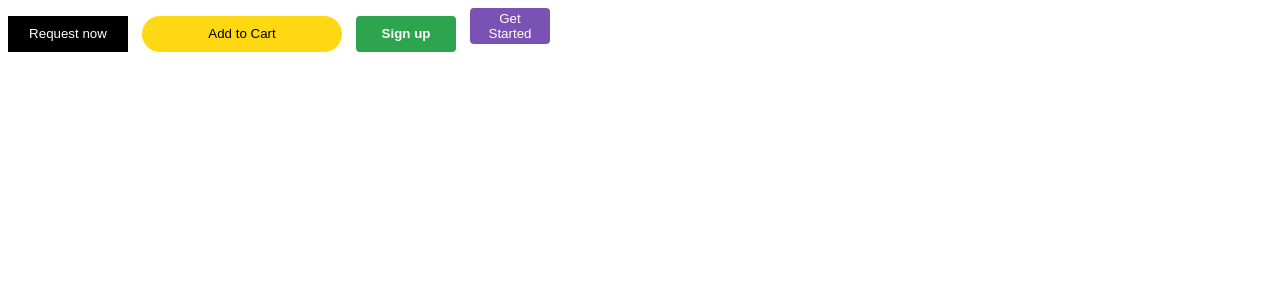
Repository: Kurumilli/Youtube
Page: Exercise2.html
The author's editor kept a copy of each file at every save. The page is drawn from the files as they stood at one save, then again after the next save.
The browser window is 1280 px wide. The pictures show the whole page.

Above is the page before, as saved 2025-01-23 20:39:18.

### Exercise2.html
<html>
    <body>
        <style>
            .uber{
                background-color: black;
                color: white;
                height:36px;
                border: none;
                width: 120px;
                margin-right: 10px;
            }

            .amazon{
                background-color: rgb(255,216,20);
                height: 36px;
                width: 200px;
                border-radius: 18px;
                border: none;
                margin-right: 10px;
            }

            .Github{
                background-color: rgb(46,164,79);
                color: White;
                border: none;
                height: 36px;
                width: 100px;
                border-radius: 4px;
                font-weight: bold;
                margin-right: 10px;
            }

            .bootstrap{
                background-color: rgb(121,82,179);
                color: white;
                height: 36px;
                width: 80px;
                border: none;
                border-radius: 4px;
            }
        </style>

        <button class="uber">
                Request now
        </button>

        <button class="amazon">
            Add to Cart
        </button>

        <button class="Github">
            Sign up
        </button>

        <button class="bootstrap">
            Get Started
        </button>

    </body>
</html>

After the next save:
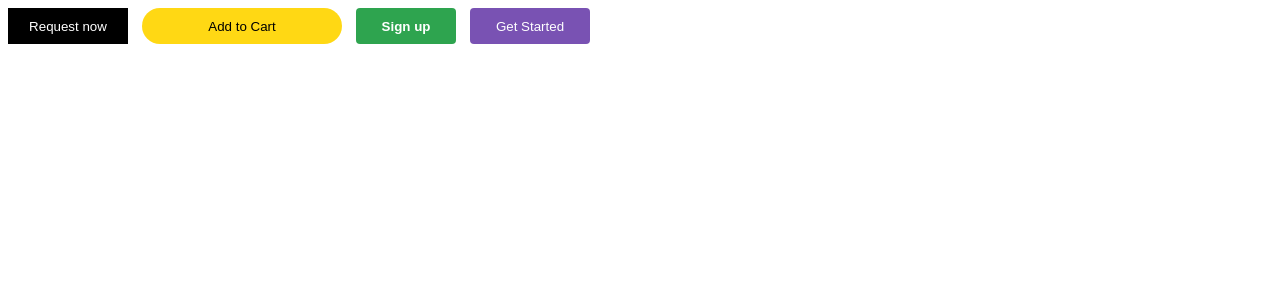
Saved 8 s later.
--- a/Exercise2.html
+++ b/Exercise2.html
@@ -34,7 +34,7 @@
                 background-color: rgb(121,82,179);
                 color: white;
                 height: 36px;
-                width: 80px;
+                width: 120px;
                 border: none;
                 border-radius: 4px;
             }
